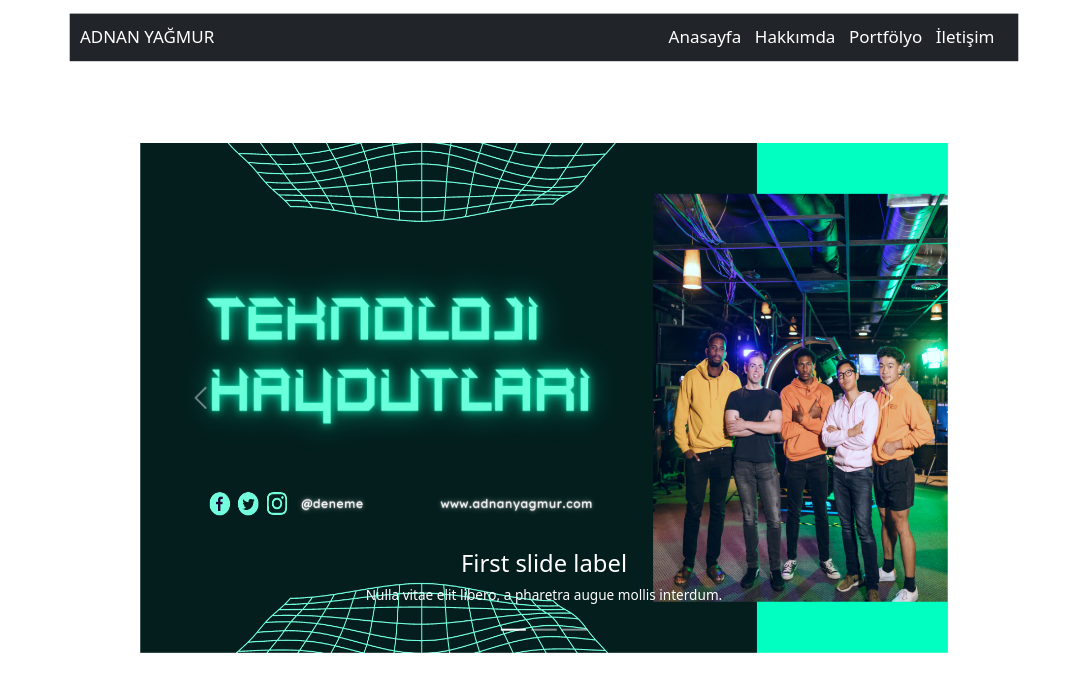
Repository: adnanyagmur/react-bootstrap-example
Page: /
An editor plug-in stored every save of this project. The page is shown before and after the next save, followed by the edit.
The browser window is 1280 px wide. The pictures show the whole page, at 85% of full size.
Pictures or frames that could not be fetched are drawn as grey boxes. The project was rebuilt for these pictures with package versions that can differ from the ones it lists, and the page was loaded fresh each time.

Above is the page before, as saved 2022-06-29 11:17:18.

### src/index.js
import React from 'react';
import ReactDOM from 'react-dom/client';
import '../node_modules/bootstrap/dist/css/bootstrap.min.css';
import SSRProvider from 'react-bootstrap/SSRProvider';
import App from './App';


const root = ReactDOM.createRoot(document.getElementById('root'));
root.render(
  <React.StrictMode>
  <SSRProvider>
  <App />
</SSRProvider>
  </React.StrictMode>
);

### src/App.js
import  Appbar  from "./appComponents/Appbar.jsx";
import Container from "./appComponents/Container.jsx";
import Slider from "./appComponents/Slider.jsx";

function App() {

 return (
 <div className="container">

  <div>
<Appbar></Appbar>
</div>
<div>
<Slider></Slider>
</div>
<div>
  <Container></Container>
</div>
  </div>
  );
}

export default App;

### src/appComponents/Appbar.jsx

const Appbar =()=>{

    return(
        <>
  <nav className="navbar navbar-dark bg-dark mb-5 mt-3">
  <div className="container-fluid">
    <a href="/" className="navbar-brand">ADNAN YAĞMUR</a>
    <form className="d-flex" role="search">
    <a href="/" className="navbar-brand">Anasayfa</a>
    <a href="/" className="navbar-brand">Hakkımda</a>
    <a href="/" className="navbar-brand">Portfölyo</a>
    <a href="/" className="navbar-brand">İletişim</a>

    </form>
  </div>
</nav>

</>
    )
}

export default Appbar;

### src/appComponents/Slider.jsx
import { Carousel, Col, Container, Row, } from "react-bootstrap"
import Logo1 from "../assets/Logo1.png";
import Logo2 from "../assets/Logo2.png";
import Logo3 from "../assets/Logo3.png";

const Slider = () => {

  return (

  <Container className="p-5">
    <Row>
      <Col></Col>
      <Col>
        <Carousel style={{ width: "950px" }}>
          <Carousel.Item interval={1000}>
            <img
              className="d-block w-100"
              src={Logo1}
              alt="First slide"
              height="600"
            />
            <Carousel.Caption>
              <h3>First slide label</h3>
              <p>Nulla vitae elit libero, a pharetra augue mollis interdum.</p>
            </Carousel.Caption>
          </Carousel.Item>
          <Carousel.Item interval={1000}>
            <img
              className="d-block w-100"
              src={Logo2}
              alt="Second slide"
              height="600"
            />
            <Carousel.Caption>
              <h3>Second slide label</h3>
              <p>Lorem ipsum dolor sit amet, consectetur adipiscing elit.</p>
            </Carousel.Caption>
          </Carousel.Item>
          <Carousel.Item interval={1000}>
            <img
              className="d-block w-100"
              src={Logo3}
              alt="Third slide"
              height="600"
            />
            <Carousel.Caption>
              <h3>Third slide label</h3>
              <p>Praesent commodo cursus magna, vel scelerisque nisl consectetur.</p>
            </Carousel.Caption>
          </Carousel.Item>
        </Carousel>
      </Col>
      <Col>
      </Col>
    </Row>
  </Container>

  )
}
export default Slider;

### src/appComponents/Container.jsx
import {Container,Card,Button} from "react-bootstrap"

const AppContainer = () => {

    return (
       <Container>
            <Card style={{ width: '18rem' }}>

                <Card.Img className="p-3" variant="top" src="https://picsum.photos/200/200" />

                <Card.Body>
                    <Card.Title>Card Title</Card.Title>
                    <Card.Text>
                        Some quick example text to build on the card title and make up the bulk of
                        the card's content.
                    </Card.Text>
                    <Button variant="primary">Go somewhere</Button>
                </Card.Body>
            </Card>
            </Container>


    )
}

export default Container;

Loaded but not shown: public/index.html (common file)

After the next save:
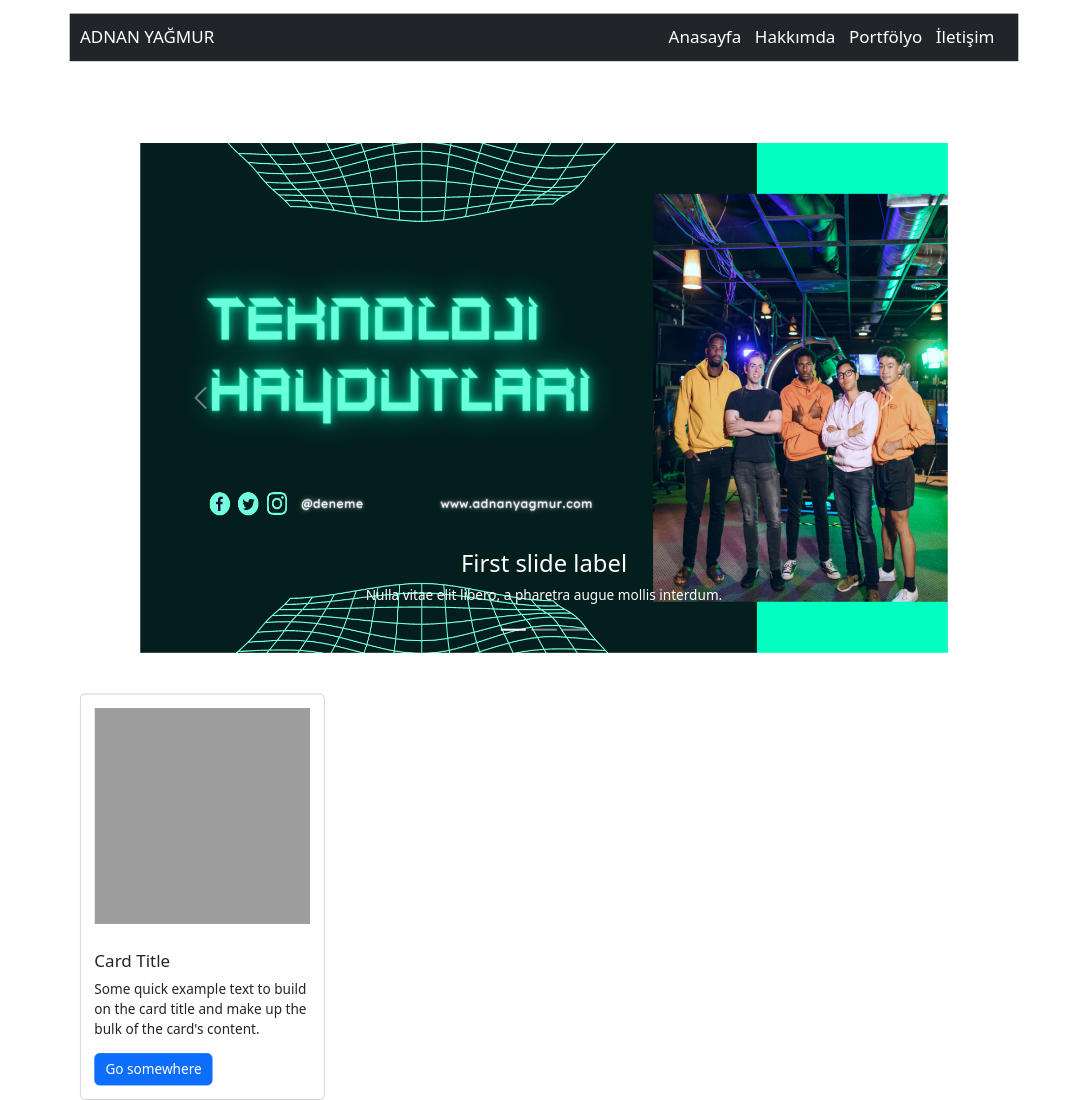
Saved 1 s later.
--- a/src/appComponents/Container.jsx
+++ b/src/appComponents/Container.jsx
@@ -23,4 +23,4 @@ const AppContainer = () => {
     )
 }
 
-export default Container;
+export default AppContainer;
